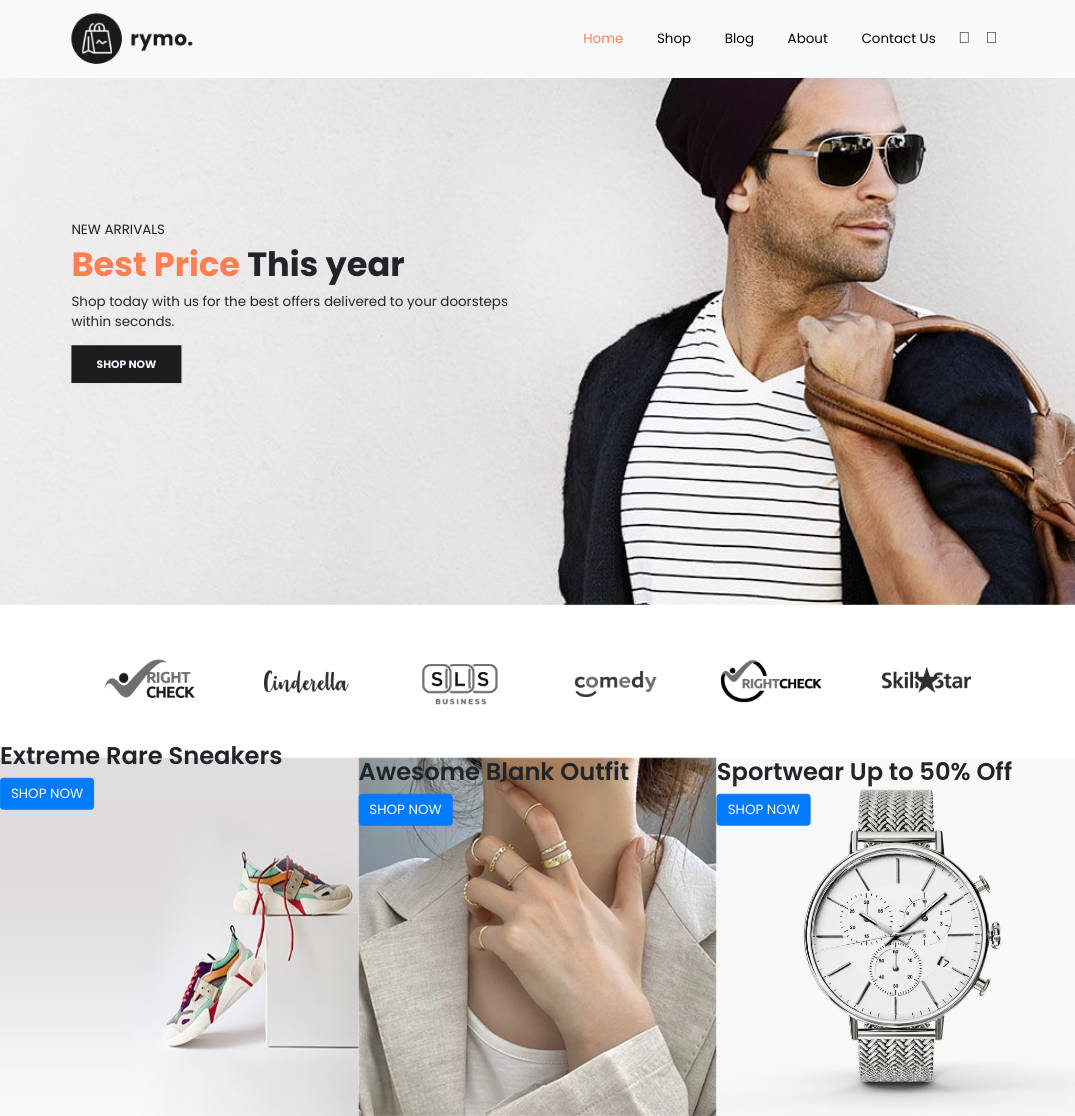
Repository: peter417waweru/e-commerce-UI
Page: index.html
These files come from the project's save history. The page is drawn as it stood at one moment and after the next save; the edit follows.
The browser window is 1280 px wide. The pictures show the whole page, at 84% of full size.
Some web libraries are served in a nearby version.

Above is the page before, as saved 2025-02-07 21:20:49.

After the next save:
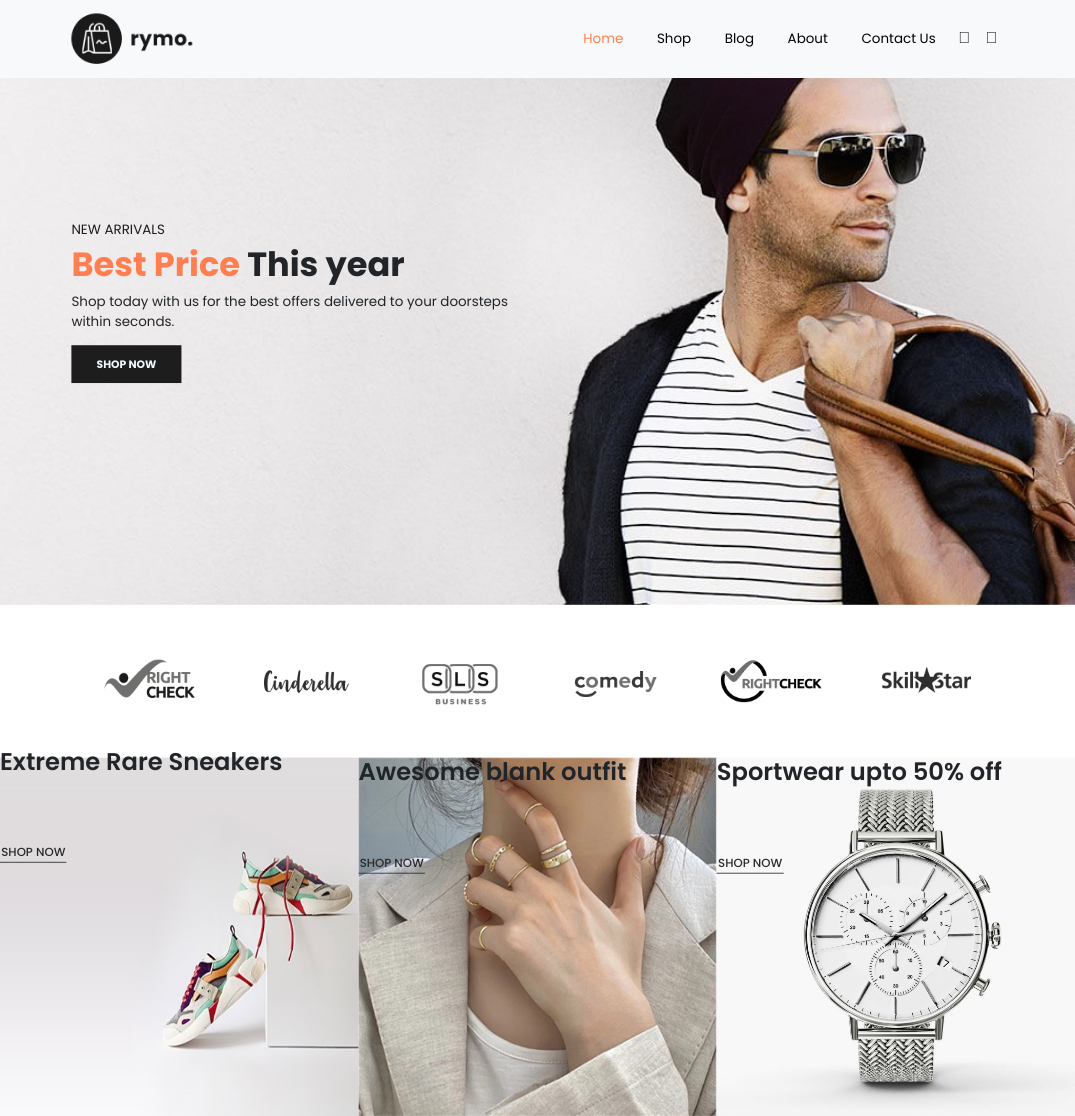
Saved 110 s later.
--- a/index.html
+++ b/index.html
@@ -77,29 +77,30 @@
 
         <section id="new" class="w-100">
           <div class="row p-0 m-0">
-            <div class="one col-lg-4 col-md-6 col-sm-12 p-0">
-              <img class="img-fluid" src="img/new/1.jpg" alt="Extreme Rare Sneakers">
+            <div class="one col-lg-4 col-md-12 col-sm-12 p-0">
+              <img class="img-fluid" src="img/new/1.jpg" alt="">
               <div class="details">
                 <h2>Extreme Rare Sneakers</h2>
-                <a href="#" class="btn btn-primary text-uppercase">Shop Now</a>
+                <button class="text-uppercase">shop now</button>
               </div>
             </div>
-            <div class="one col-lg-4 col-md-6 col-sm-12 p-0">
-              <img class="img-fluid" src="img/new/5.jpg" alt="Awesome Blank Outfit">
+            <div class="one col-lg-4 col-md-12 col-sm-12 p-0">
+              <img class="img-fluid" src="img/new/5.jpg" alt="">
               <div class="details">
-                <h2>Awesome Blank Outfit</h2>
-                <a href="#" class="btn btn-primary text-uppercase">Shop Now</a>
+                <h2>Awesome blank outfit</h2>
+                <button class="text-uppercase">shop now</button>
               </div>
             </div>
-            <div class="one col-lg-4 col-md-6 col-sm-12 p-0">
-              <img class="img-fluid" src="img/new/3.jpg" alt="Sportwear up to 50% off">
+            <div class="one col-lg-4 col-md-12 col-sm-12 p-0">
+              <img class="img-fluid" src="img/new/3.jpg" alt="">
               <div class="details">
-                <h2>Sportwear Up to 50% Off</h2>
-                <a href="#" class="btn btn-primary text-uppercase">Shop Now</a>
+                <h2>Sportwear upto 50% off</h2>
+                <button class="text-uppercase">shop now</button>
               </div>
             </div>
           </div>
         </section>
+
 
         <script src="https://cdn.jsdelivr.net/npm/@popperjs/core@2.9.1/dist/umd/popper.min.js"
             integrity="sha384-SR1sx49pcuLnqZUnnPwx6FCym0wLsk5JZuNx2bPPENzswTNFaQU1RDvt3wT4gWFG"
